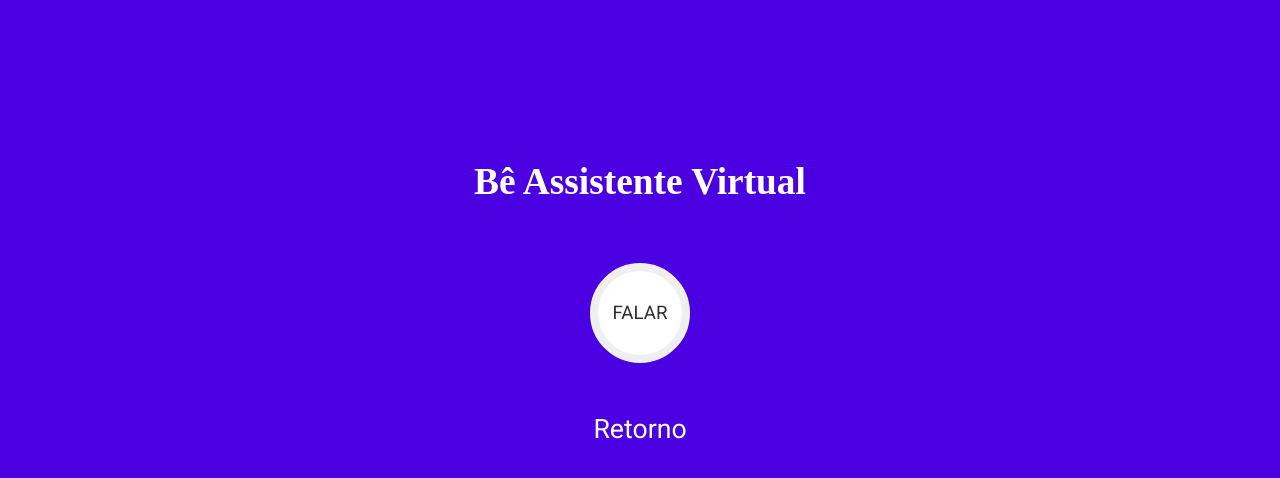
Repository: pettinelli1202/Ana-VirtualAssistant
Page: index.html
An editor plug-in stored every save of this project. The page is shown before and after the next save, followed by the edit.
The browser window is 1280 px wide. The pictures show the whole page.
Some web fonts or font styles are not loaded; a fallback is used.

Above is the page before, as saved 2023-05-11 17:19:54.

After the next save:
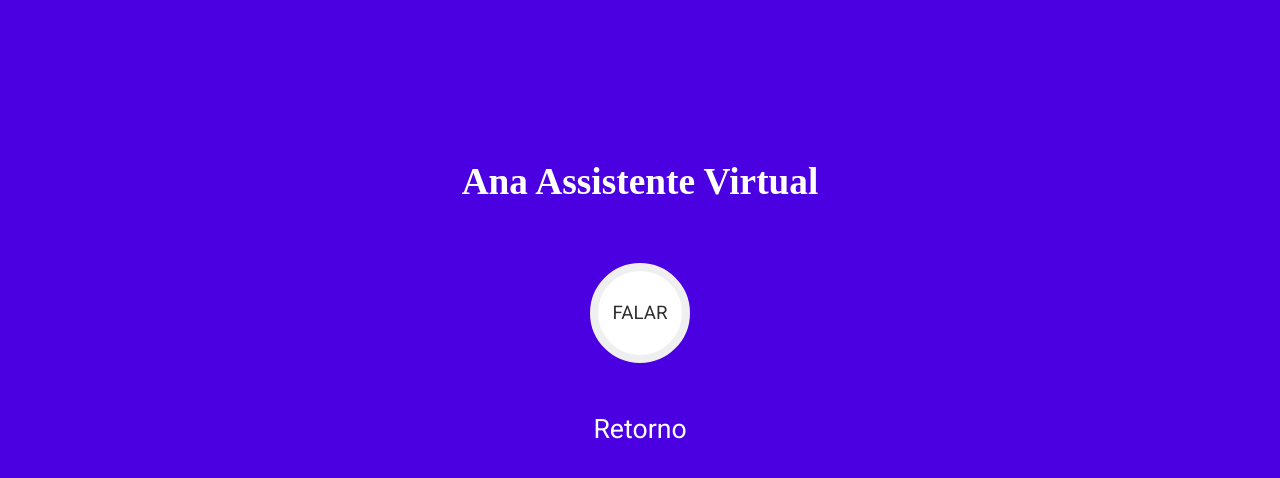
Saved 2 min 56 s later.
--- a/index.html
+++ b/index.html
@@ -10,7 +10,7 @@
 </head>
 <body>
     <div class="container">
-        <h1>Bê Assistente Virtual</h1>
+        <h1>Ana Assistente Virtual</h1>
     </div>
     <div class="search">
         <button id="falarBtn">Falar</button>
